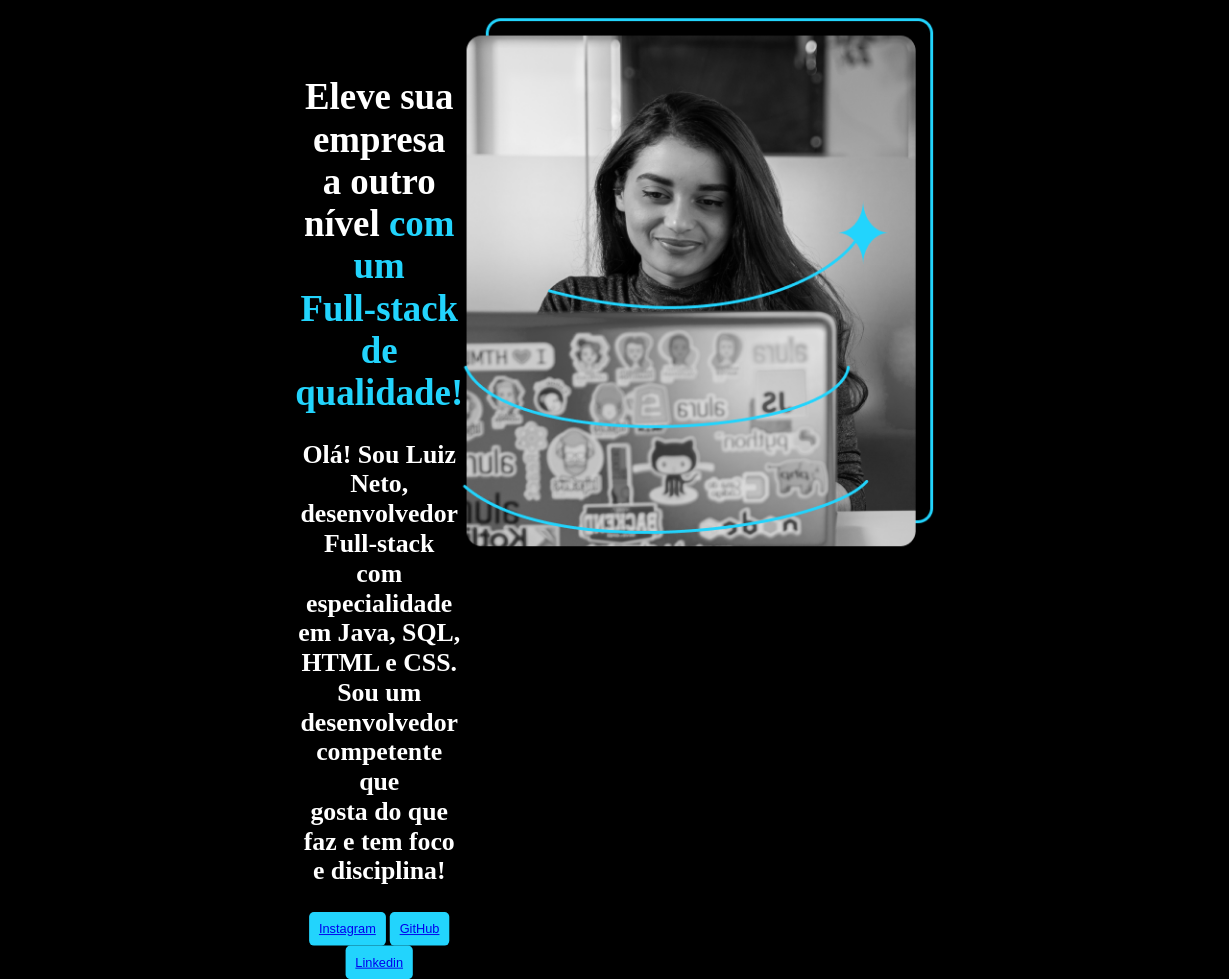
Repository: luiz123098/Sobre-mim-em-HTM-CSS
Page: htmlcss.html
An editor plug-in stored every save of this project. The page is shown before and after the next save, followed by the edit.
The browser window is 1280 px wide. The pictures show the whole page, at 96% of full size.

Above is the page before, as saved 2023-03-08 14:42:03.

### htmlcss.html
</html>
<!DOCTYPE html>
<html lang="pt-br">
<head>
    <meta charset="UTF-8">
    <meta http-equiv="X-UA-Compatible" content="IE=edge">
    <meta name="viewport" content="width=device-width, initial-scale=1.0">
    <title>Projeto Estudos</title>
    <link rel="stylesheet" href="style.Css">
</head>
<body>
    <main>
        <div class="flex-container">
            <div
                class="parte_esquerda">
                <h1>
                    Eleve sua empresa<br>
                    a outro nível
                    <strong
                        class="texto_em_destaque">
                        com um<br>Full-stack de qualidade!
                    </strong>
                    <p class="biografia">
                        Olá! Sou Luiz Neto, desenvolvedor Full-stack<br>
                        com especialidade em Java, SQL, HTML e CSS.<br>
                        Sou um desenvolvedor competente que<br>
                        gosta do que faz e tem foco e disciplina!
                    </p>
                </h1>
                <button>
                    <a href="https://www.instagram.com/luiz.alencar2/">Instagram</a>
                </button>
                <button>
                    <a href="https://github.com/luiz123098">GitHub</a>
                </button>
                <button>
                    <a href="https://www.linkedin.com/in/luiz-neto-alencar-b843651a9/">Linkedin</a>
                </button>
            </div>
            <p class="segunda_box">
                <img src="Imagem.png" alt="Não foi possivel encontrar a imagem"><br>
            </p>
        </div>
    </main>
    <footer>

    </footer>
</body>

### style.Css
html, body {
    height: 100%;
}

body {
    max-width: 400px;
    padding: 0%;
    margin: 0 auto !important;
    background-color: black;
    color: white;
    text-align: justify;
}

.biografia{
    font-size: 70%;
    text-align: center;
}

.texto_em_destaque{
    color: #22D4FD;
}

.texto_editado{
    font-weight: bold;
}

.formacao{
    color: #22D4FD;
    border: 1px solid #22D4FD;
    padding: 10px;
}

div.parte_esquerda{
    text-align: center;
    height: 482px;
    width: 615px;
    left: 357px;
    top: 278px;
    border-color: #22D4FD;
    border-radius: 500px;
}

.flex-container {
    display: flex;
    /*isso centraliza o texto horizontalmente*/
    justify-content: center;
    /*isso centraliza o texto verticalmente*/
    align-items: center;

    border-radius: 500px;
    height: auto;
    color: #fff;
    font-size: 1.2rem;
}

button {
        border: none;
        padding: 10px;
        text-decoration: none;
        cursor: pointer;
        transition: .3s;
        border-radius: 5px;
        background-color: #22D4FD;
        color: black;
}

After the next save:
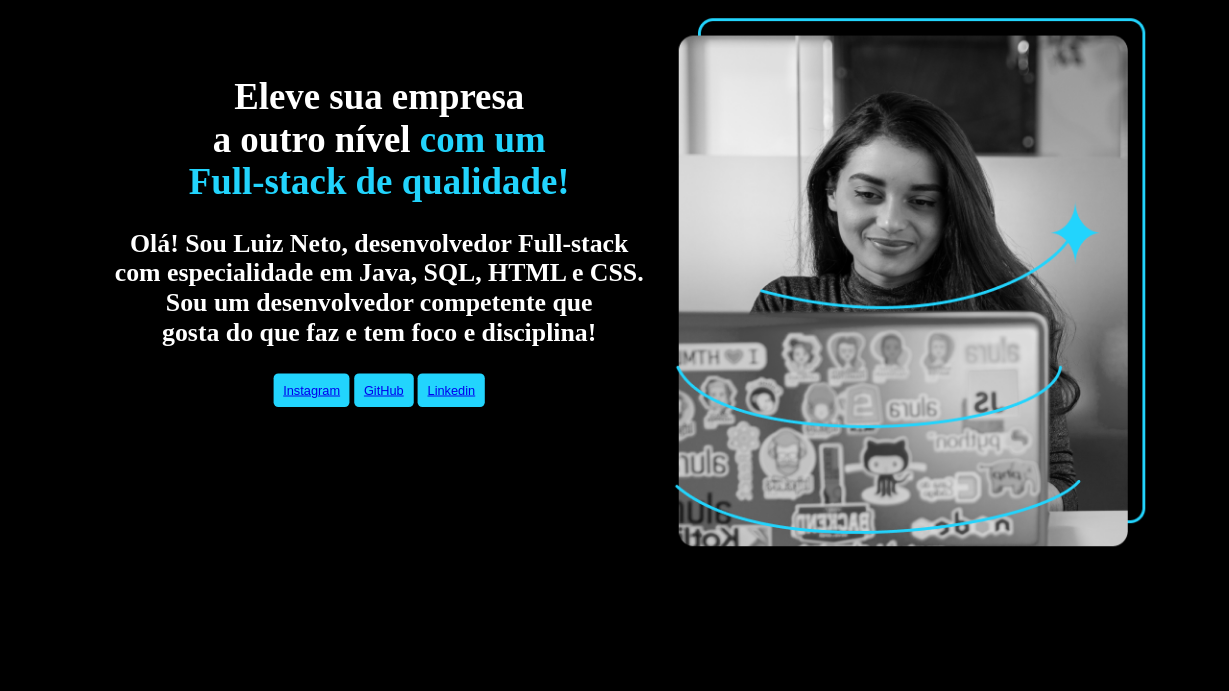
Saved 5 s later.
--- a/style.Css
+++ b/style.Css
@@ -3,7 +3,7 @@
 }
 
 body {
-    max-width: 400px;
+    max-width: 4000px;
     padding: 0%;
     margin: 0 auto !important;
     background-color: black;
